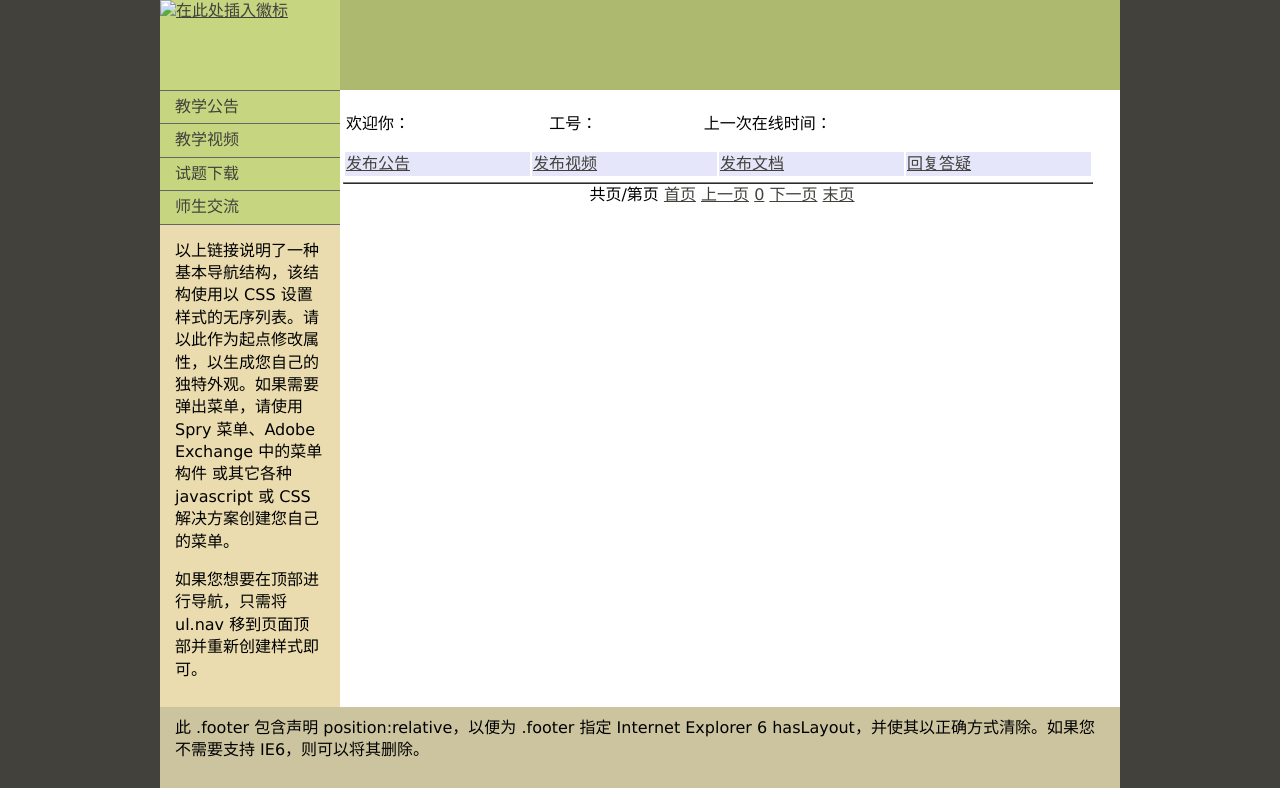
Repository: wxbuditou/Java-
Page: http://localhost/Project/Teacher/teacher_document.jsp
The author's editor kept a copy of each file at every save. The page is drawn from the files as they stood at one save, then again after the next save.
The browser window is 1280 px wide. The pictures show the whole page.
The page is served by Tomcat 9. Other server files are loaded and not shown. The template is opened directly, without the code that normally fills it, so the values that code supplies are empty.

Above is the page before, as saved 2019-06-23 15:08:50.

### Project/WebContent/Teacher/teacher_document.jsp
<%@ page language="java" contentType="text/html; charset=UTF-8"
    pageEncoding="UTF-8"%>
<!DOCTYPE html PUBLIC "-//W3C//DTD HTML 4.01 Transitional//EN" "http://www.w3.org/TR/html4/loose.dtd">
<%@ taglib prefix="c" uri="http://java.sun.com/jsp/jstl/core"%>
<html>
<head>
<meta http-equiv="Content-Type" content="text/html; charset=UTF-8">
<title>Insert title here</title>
<script type="text/javascript" src="${pageContext.request.contextPath }/js/jquery-3.3.1.min.js"></script>
<script type="text/javascript" charset="utf-8" src="${pageContext.request.contextPath }/utf8-jsp/ueditor.config.js"></script>
    <script type="text/javascript" charset="utf-8" src="${pageContext.request.contextPath }/utf8-jsp/ueditor.all.min.js"> </script>
    <!--建议手动加在语言，避免在ie下有时因为加载语言失败导致编辑器加载失败-->
    <!--这里加载的语言文件会覆盖你在配置项目里添加的语言类型，比如你在配置项目里配置的是英文，这里加载的中文，那最后就是中文-->
    <script type="text/javascript" charset="utf-8" src="${pageContext.request.contextPath }/utf8-jsp/lang/zh-cn/zh-cn.js"></script>


<style type="text/css">


body {
	font: 100%/1.4 Verdana, Arial, Helvetica, sans-serif;
	background-color: #42413C;
	margin: 0;
	padding: 0;
	color: #000;
}

/* ~~ 元素/标签选择器 ~~ */
ul, ol, dl { /* 由于浏览器之间的差异，最佳做法是在列表中将填充和边距都设置为零。为了保持一致，您可以在此处指定需要的数值，也可以在列表所包含的列表项（LI、DT 和 DD）中指定需要的数值。请注意，除非编写一个更为具体的选择器，否则您在此处进行的设置将会层叠到 .nav 列表。 */
	padding: 0;
	margin: 0;
}
h1, h2, h3, h4, h5, h6, p {
	margin-top: 0;	 /* 删除上边距可以解决边距会超出其包含的 div 的问题。剩余的下边距可以使 div 与后面的任何元素保持一定距离。 */
	padding-right: 15px;
	padding-left: 15px; /* 向 div 内的元素侧边（而不是 div 自身）添加填充可避免使用任何方框模型数学。此外，也可将具有侧边填充的嵌套 div 用作替代方法。 */
}
a img { /* 此选择器将删除某些浏览器中显示在图像周围的默认蓝色边框（当该图像包含在链接中时） */
	border: none;
}

/* ~~ 站点链接的样式必须保持此顺序，包括用于创建悬停效果的选择器组在内。 ~~ */
a:link {
	color: #42413C;
	text-decoration: underline; /* 除非将链接设置成极为独特的外观样式，否则最好提供下划线，以便可从视觉上快速识别 */
}
a:visited {
	color: #6E6C64;
	text-decoration: underline;
}
a:hover, a:active, a:focus { /* 此组选择器将为键盘导航者提供与鼠标使用者相同的悬停体验。 */
	text-decoration: none;
}

/* ~~ 此固定宽度容器包含其它 div ~~ */
.container {
	width: 960px;
	background-color: #FFF;
	margin: 0 auto; /* 侧边的自动值与宽度结合使用，可以将布局居中对齐 */
}

/* ~~ 标题未指定宽度。它将扩展到布局的完整宽度。标题包含一个图像占位符，该占位符应替换为您自己的链接徽标 ~~ */
.header {
	background-color: #ADB96E;
}

/* ~~ 以下是此布局的列。 ~~

1) 填充只会放置于 div 的顶部和/或底部。此 div 中的元素侧边会有填充。这样，您可以避免使用任何"方框模型数学"。请注意，如果向 div 自身添加任何侧边填充或边框，这些侧边填充或边框将与您定义的宽度相加，得出 *总计* 宽度。您也可以选择删除 div 中的元素的填充，并在该元素中另外放置一个没有任何宽度但具有设计所需填充的 div。

2) 由于这些列均为浮动列，因此未对其指定边距。如果必须添加边距，请避免在浮动方向一侧放置边距（例如：div 中的右边距设置为向右浮动）。在很多情况下，都可以改用填充。对于必须打破此规则的 div，应向该 div 的规则中添加“display:inline”声明，以控制某些版本的 Internet Explorer 会使边距翻倍的错误。

3) 由于可以在一个文档中多次使用类（并且一个元素可以应用多个类），因此已向这些列分配类名，而不是 ID。例如，必要时可堆叠两个侧栏 div。您可以根据个人偏好将这些名称轻松地改为 ID，前提是仅对每个文档使用一次。

4) 如果您更喜欢在右侧（而不是左侧）进行导航，只需使这些列向相反方向浮动（全部向右，而非全部向左），它们将按相反顺序显示。您无需在 HTML 源文件中移动 div。

*/
.sidebar1 {
	float: left;
	width: 180px;
	background-color: #EADCAE;
	padding-bottom: 10px;
}
.content {

	padding: 10px 0;
	width: 780px;
	float: left;
}

/* ~~ 此分组的选择器为 .content 区域中的列表提供了空间 ~~ */
.content ul, .content ol {
	padding: 0 15px 15px 40px; /* 此填充反映上述标题和段落规则中的右填充。填充放置于下方可用于间隔列表中其它元素，置于左侧可用于创建缩进。您可以根据需要进行调整。 */
}

/* ~~ 导航列表样式（如果选择使用预先创建的 Spry 等弹出菜单，则可以删除此样式） ~~ */
ul.nav {
	list-style: none; /* 这将删除列表标记 */
	border-top: 1px solid #666; /* 这将为链接创建上边框 – 使用下边框将所有其它项放置在 LI 中 */
	margin-bottom: 15px; /* 这将在下面内容的导航之间创建间距 */
}
ul.nav li {
	border-bottom: 1px solid #666; /* 这将创建按钮间隔 */
}
ul.nav a, ul.nav a:visited { /* 对这些选择器进行分组可确保链接即使在访问之后也能保持其按钮外观 */
	padding: 5px 5px 5px 15px;
	display: block; /* 这将为链接赋予块属性，使其填满包含它的整个 LI。这样，整个区域都可以响应鼠标单击操作。 */
	width: 160px;  /*此宽度使整个按钮在 IE6 中可单击。如果您不需要支持 IE6，可以删除它。请用侧栏容器的宽度减去此链接的填充来计算正确的宽度。 */
	text-decoration: none;
	background-color: #C6D580;
}
ul.nav a:hover, ul.nav a:active, ul.nav a:focus { /* 这将更改鼠标和键盘导航的背景和文本颜色 */
	background-color: #ADB96E;
	color: #FFF;
}

/* ~~ 脚注 ~~ */
.footer {
	padding: 10px 0;
	background-color: #CCC49F;
	position: relative;/* 这可以使 IE6 hasLayout 以正确方式进行清除 */
	clear: both; /* 此清除属性强制 .container 了解列的结束位置以及包含列的位置 */
}

/* ~~ 其它浮动/清除类 ~~ */
.fltrt {  /* 此类可用于在页面中使元素向右浮动。浮动元素必须位于其在页面上的相邻元素之前。 */
	float: right;
	margin-left: 8px;
}
.fltlft { /* 此类可用于在页面中使元素向左浮动。浮动元素必须位于其在页面上的相邻元素之前。 */
	float: left;
	margin-right: 8px;
}
.clearfloat { /* 如果从 #container 中删除或移出了 #footer，则可以将此类放置在 <br /> 或空 div 中，作为 #container 内最后一个浮动 div 之后的最终元素 */
	clear:both;
	height:0;
	font-size: 1px;
	line-height: 0px;
}
-->
</style>
</head>
<body>

<div class="container">
  <div class="header"><a href="#"><img src="" alt="在此处插入徽标" name="Insert_logo" width="180" height="90" id="Insert_logo" style="background-color: #C6D580; display:block;" /></a>
    <!-- end .header --></div>
  <div class="sidebar1">
    <ul class="nav">
      <li><a href="TeacherServlet?method=scan_news&num=1">教学公告</a></li>
      <li><a href="TeacherServlet?method=scan_video&num=1">教学视频</a></li>
      <li><a href="TeacherServlet?method=scan_document&num=1">试题下载</a></li>
      <li><a href="#">师生交流</a></li>
    </ul>
    <p> 以上链接说明了一种基本导航结构，该结构使用以 CSS 设置样式的无序列表。请以此作为起点修改属性，以生成您自己的独特外观。如果需要弹出菜单，请使用 Spry 菜单、Adobe Exchange 中的菜单构件 或其它各种 javascript 或 CSS 解决方案创建您自己的菜单。</p>
    <p>如果您想要在顶部进行导航，只需将 ul.nav 移到页面顶部并重新创建样式即可。</p>
    <!-- end .sidebar1 --></div>
  <div class="content">
    <table width="764" border="0">
       <tr>
        <td width="758" height="42"><div class="userinfo">
          <table width="758" border="0">
            <tr>
              <td height="37">欢迎你：${sessionScope.teacher.teacher_username }</td>
              <td>工号：${sessionScope.teacher.teacher_number }</td>
              <td>上一次在线时间：${sessionScope.teacher.teacher_onlinetime}</td>
            </tr>
          </table>
        </div>
        </td>
      </tr>

     <tr>
     <td>
    <div class="document_num">
    <table width="750" border="0">
    <tr bgcolor="#E6E6FA">
      <td><a href="teacher_publish_news.jsp">发布公告</a></td>
      <td><a href="teacher_publish_video.jsp">发布视频</a></td>
      <td><a href="teacher_publish_document.jsp">发布文档</a></td>
      <td><a href="#">回复答疑</a></td>
   </tr>
   </table>
   </div>
   </td>

   <tr>
     <td>
    <div class="document_num">
    <table width="750" border="1">
    <tr>
    <c:forEach items="${page.list}" var="document" varStatus="idStatus">
     <tr>
      <td>${idStatus.count}</td>
      <td><a href="${pageContext.request.contextPath }/Teacher/TeacherServlet?method=download_document&document_id=${document.document_id}">${document.document_name}</a></td>
      <c:if test="${document.document_character==0 }">
      <td>[老师]${document.document_uploaduser}</td>
      </c:if>
      <c:if test="${document.document_character==1 }">
      <td>[管理员]${document.document_uploaduser}</td>
      </c:if>
      <td>${document.document_uploadtime}</td>
      <td>下载量:${document.document_downloadnum}</td>
    </tr>
    </c:forEach>
   </tr>
  </table>
  </div>
  <span style="text-align:center;display:block;" >
  <!-- 发送到分页servlet，将返回video类信息存储到list中，传递到前台 -->
  共${page.totalPageNum}页/第${page.currentPageNum }页
  <a href="${pageContext.request.contextPath }/${page.url}&num=1">首页</a>
  <a href="${pageContext.request.contextPath }/${page.url}&num=${page.prevPageNum}">上一页</a>


  <c:forEach begin="${page.startPage }" end="${page.endPage }" var = "i">
<a href="${pageContext.request.contextPath }/${page.url}&num=${i}">${i}</a>
</c:forEach>

<a href="${pageContext.request.contextPath }/${page.url}&num=${page.nextPageNum}">下一页</a>
<a href="${pageContext.request.contextPath }/${page.url}&num=${page.endPage}">末页</a>
  </span>
     </td>
     </tr>
    </table>
  </div>
  <div class="footer">
    <p>此 .footer 包含声明 position:relative，以便为 .footer 指定 Internet Explorer 6 hasLayout，并使其以正确方式清除。如果您不需要支持 IE6，则可以将其删除。</p>
  <!-- end .footer --></div>
  <!-- end .container --></div>
</body>
</html>

Loaded but not shown: Project/WebContent/js/jquery-3.3.1.min.js (library); Project/WebContent/utf8-jsp/ueditor.config.js (common file); Project/WebContent/utf8-jsp/ueditor.all.min.js (library); Project/WebContent/utf8-jsp/lang/zh-cn/zh-cn.js (669 lines, source omitted)

After the next save:
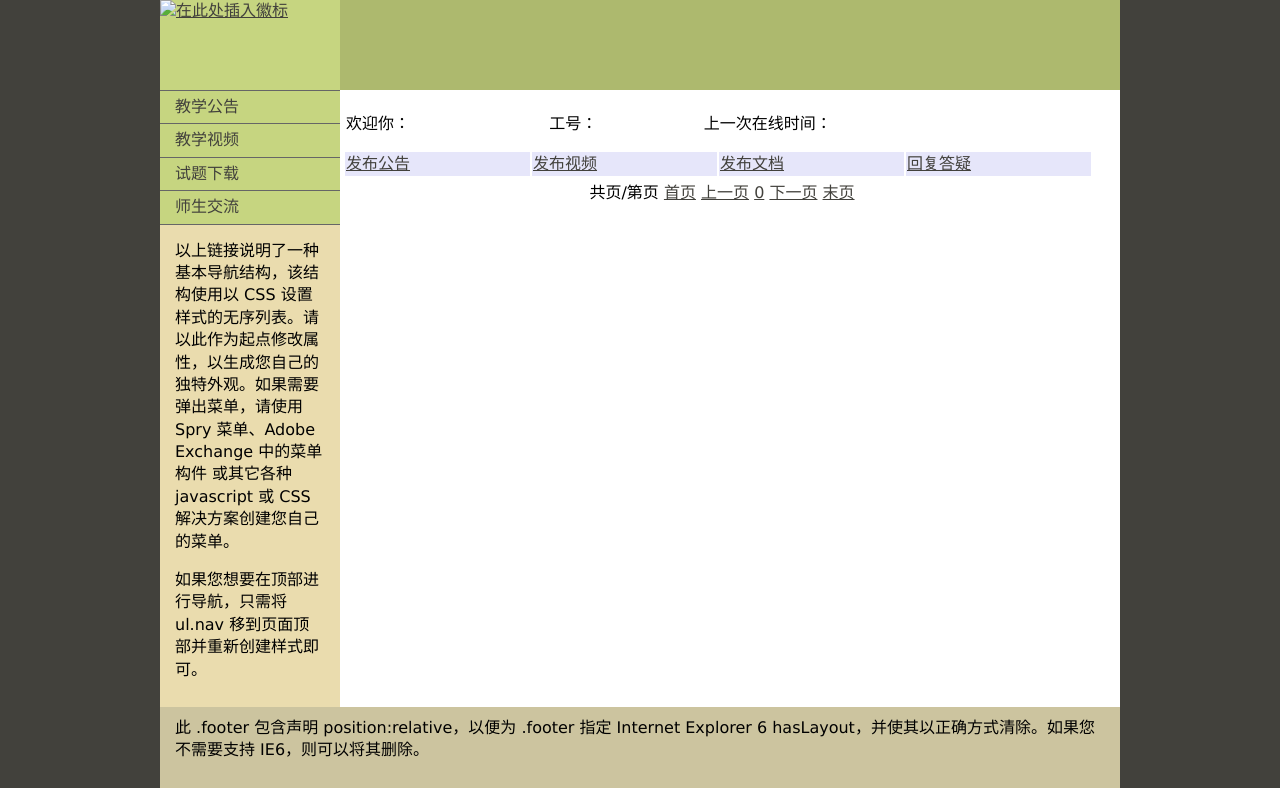
Saved 10 min 57 s later.
--- a/Project/WebContent/Teacher/teacher_document.jsp
+++ b/Project/WebContent/Teacher/teacher_document.jsp
@@ -75,6 +75,10 @@ a:hover, a:active, a:focus { /* 此组选择器将为键盘导航者提供与鼠
 4) 如果您更喜欢在右侧（而不是左侧）进行导航，只需使这些列向相反方向浮动（全部向右，而非全部向左），它们将按相反顺序显示。您无需在 HTML 源文件中移动 div。
 
 */
+.document{
+	border:1px solid green;
+
+}
 .sidebar1 {
 	float: left;
 	width: 180px;
@@ -187,7 +191,7 @@ ul.nav a:hover, ul.nav a:active, ul.nav a:focus { /* 这将更改鼠标和键盘
    <tr>
      <td>
     <div class="document_num">
-    <table width="750" border="1">
+    <table width="750" border="0" cellpadding="10" cellspacing="1" id="document">
     <tr>
     <c:forEach items="${page.list}" var="document" varStatus="idStatus">
      <tr>
